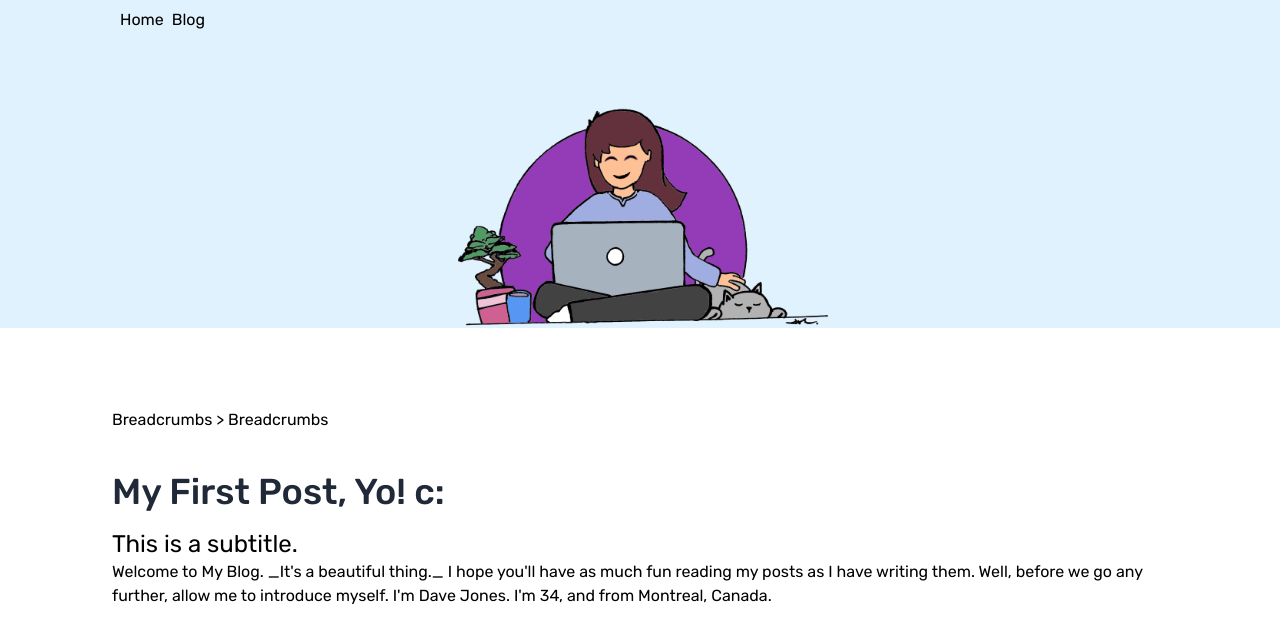
Repository: Risclover/markdown-blog
Page: /posts/1
These files come from the project's save history. The page is drawn as it stood at one moment and after the next save; the edit follows.
The browser window is 1280 px wide. The pictures show the whole page.
The project was rebuilt for these pictures with package versions that can differ from the ones it lists, and the page was loaded fresh each time. Also part of the build but not shown: src/components/BlogPost.js, src/pages/Home/Categories.js, src/pages/Home/Home.js, src/ErrorBoundary.js.

Above is the page before, as saved 2023-06-30 00:26:40.

### src/index.js
import React from "react";
import ReactDOM from "react-dom/client";
import { createBrowserRouter, RouterProvider } from "react-router-dom";
import "./fonts/wotfard-cufonfonts-webfont/style.css";
import postList from "./posts.json";

import "./index.css";
import App from "./App";
import ErrorPage from "./ErrorBoundary";
import PostPage from "./pages/PostPage/PostPage";
import Home from "./pages/Home/Home";
import ErrorBoundary from "./ErrorBoundary";

const router = createBrowserRouter([
  {
    path: "/",
    element: <App />,
    children: [
      {
        path: "/",
        element: <Home />,
        errorElement: <ErrorPage />,
      },
      {
        path: "/posts/:id",
        element: <PostPage postList={postList} />,
        errorElement: <ErrorBoundary />,
      },
    ],
  },
]);

const root = ReactDOM.createRoot(document.getElementById("root"));
root.render(
  <React.StrictMode>
    <RouterProvider router={router} />
  </React.StrictMode>
);

### src/fonts/wotfard-cufonfonts-webfont/style.css
/* #### Generated By: http://www.cufonfonts.com #### */

    @font-face {
    font-family: 'Wotfard Regular';
    font-style: normal;
    font-weight: normal;
    src: local('Wotfard Regular'), url('Wotfard-Regular.woff') format('woff');
    }

### src/posts.json
[{"id":4,"title":"My Third Post, Yo!?","subtitle":"No subtitle given","description":"No description given","author":"Dave Jones","date":"December 13, 2019","timestamp":1576224000,"content":"\nWelcome to My Blog. _It's a beautiful thing._ I hope you'll have as much fun reading my posts as I have writing them. Well, before we go any further, allow me to introduce myself. I'm Dave Jones. I'm 34, and from Montreal, Canada.\n"},{"id":3,"title":"My Second Post, Yo!","subtitle":"No subtitle given","description":"No description given","author":"Dave Jones","date":"December 11, 2019","timestamp":1576051200,"content":"\nWelcome to My Blog. _It's a beautiful thing._ I hope you'll have as much fun reading my posts as I have writing them. Well, before we go any further, allow me to introduce myself. I'm Dave Jones. I'm 34, and from Montreal, Canada.\n"},{"id":2,"title":"My Fourth Post, Yo!.,..","subtitle":"No subtitle given","description":"No description given","author":"Dave Jones","date":"December 16, 2019","timestamp":1576483200,"content":"\nWelcome to My Blog. _It's a beautiful thing._ I hope you'll have as much fun reading my posts as I have writing them. Well, before we go any further, allow me to introduce myself. I'm Dave Jones. I'm 34, and from Montreal, Canada.\n"},{"id":1,"title":"My First Post, Yo!","subtitle":"This is a subtitle.","description":"Happy Pride month! In this tutorial, I'll share a handful of my favourite animation tricks. You'll learn how to build an animated wavy pride flag using CSS keyframes and linear gradients. We'll also see how to make it dynamic using React. 🏳️‍🌈","author":"Dave Jones","date":"December 11, 2019","timestamp":1576051200,"content":"\nWelcome to My Blog. _It's a beautiful thing._ I hope you'll have as much fun reading my posts as I have writing them. Well, before we go any further, allow me to introduce myself. I'm Dave Jones. I'm 34, and from Montreal, Canada.\n"}]

### src/index.css
/* Importing the Rubik font from Google Fonts */

@import url("https://fonts.googleapis.com/css2?family=Rubik:ital,wght@0,300;0,400;0,500;0,600;0,700;0,800;0,900;1,300;1,400;1,500;1,600;1,700;1,800;1,900&display=swap");

### src/App.js
import "./App.css";
import { Outlet, Route, Routes } from "react-router-dom";
import Home from "./pages/Home/Home";
import NavBar from "./components/NavBar";
import Header from "./components/Header";
import HomeHeader from "./components/HomeHeader";
import postList from "./posts.json";

function App() {
  return (
    <div className="bg-white-100 min-h-screen">
      <Header>
        <NavBar />
        <HomeHeader />
      </Header>
      <div className="m-auto">
        <Outlet />
      </div>
    </div>
  );
}

export default App;

### src/pages/PostPage/PostPage.js
import React from "react";
import { useParams } from "react-router-dom";

export default function PostPage({ postList }) {
  const { id } = useParams();

  console.log("id:", id);

  const post = postList.find((post) => post.id === +id);

  console.log(post?.title);

  if (!post) return null;
  return (
    <div className="mx-auto max-w-6xl w-full px-12">
      <div className="mt-20 mb-10">Breadcrumbs &gt; Breadcrumbs</div>
      <div className="text-4xl font-medium text-gray-800">{post?.title} c:</div>
      <div className="mt-4 text-2xl">{post?.subtitle}</div>
      <div>{post?.content}</div>
    </div>
  );
}

### src/components/NavBar.js
import React from "react";
import { Link } from "react-router-dom";

export default function NavBar() {
  return (
    <div className="py-2">
      <ul className="flex">
        <li className="mx-2">
          <Link to={"/"}>Home</Link>
        </li>
        <li>Blog</li>
      </ul>
    </div>
  );
}

### src/components/Header.js
import React from "react";

export default function Header({ children }) {
  return (
    <header className="w-full bg-sky-100 flex flex-col">
      <div className="max-w-6xl px-12 w-full mx-auto">{children}</div>
    </header>
  );
}

### src/components/HomeHeader.js
import React from "react";
import Avatar from "../images/avatar.png";
export default function HomeHeader() {
  return (
    <div className="h-72 flex flex-col justify-end">
      <div>
        <img className="w-96 m-auto" src={Avatar} />
      </div>
    </div>
  );
}

### tailwind.config.js
/** @type {import('tailwindcss').Config} */
module.exports = {
  content: [
    "./app/**/*.{js,ts,jsx,tsx,mdx}",
    "./pages/**/*.{js,ts,jsx,tsx,mdx}",
    "./components/**/*.{js,ts,jsx,tsx,mdx}",

    // Or if using `src` directory:
    "./src/**/*.{js,ts,jsx,tsx,mdx}",
  ],
  theme: {
    fontFamily: {
      sans: ["Rubik", "sans-serif"],
    },
    extend: {},
  },
  plugins: [],
};

Loaded but not shown: public/index.html (common file); src/App.css (common file)

After the next save:
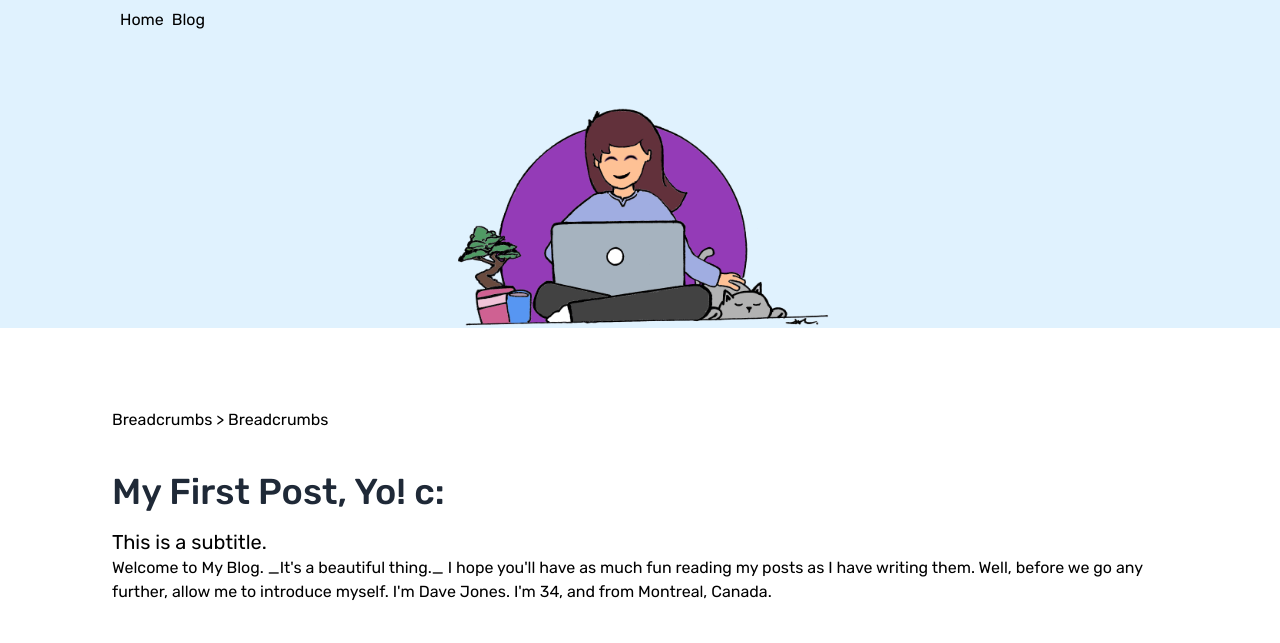
Saved 6 s later.
--- a/src/pages/PostPage/PostPage.js
+++ b/src/pages/PostPage/PostPage.js
@@ -15,7 +15,7 @@ export default function PostPage({ postList }) {
     <div className="mx-auto max-w-6xl w-full px-12">
       <div className="mt-20 mb-10">Breadcrumbs &gt; Breadcrumbs</div>
       <div className="text-4xl font-medium text-gray-800">{post?.title} c:</div>
-      <div className="mt-4 text-2xl">{post?.subtitle}</div>
+      <div className="mt-4 text-xl">{post?.subtitle}</div>
       <div>{post?.content}</div>
     </div>
   );
